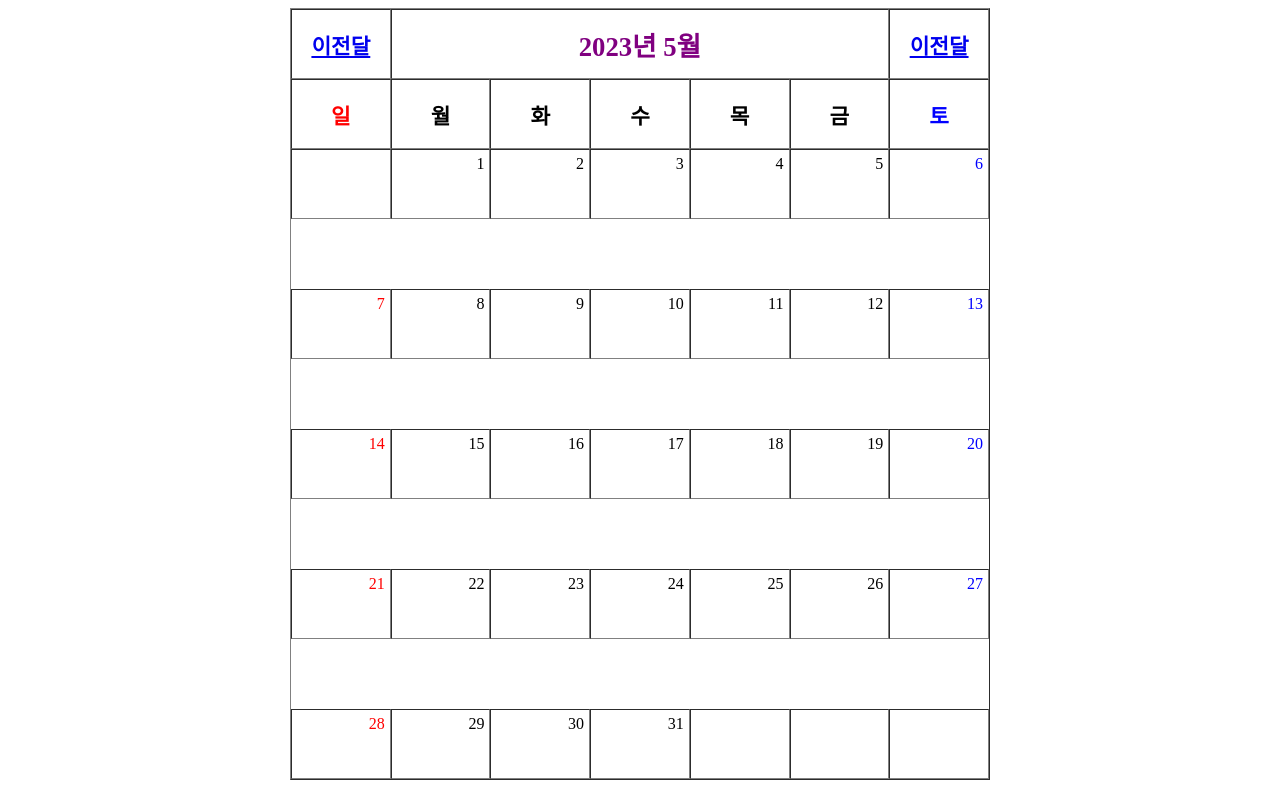
Repository: sangah-park98/jsp-class
Page: http://localhost/k20230502_1_calendar/calendar.2.jsp?year=2023&month=4
The author's editor kept a copy of each file at every save. The page is drawn from the files as they stood at one save, then again after the next save.
The browser window is 1280 px wide. The pictures show the whole page.
The page is served by Tomcat 9.

Above is the page before, as saved 2023-05-01 11:01:11.

After the next save:
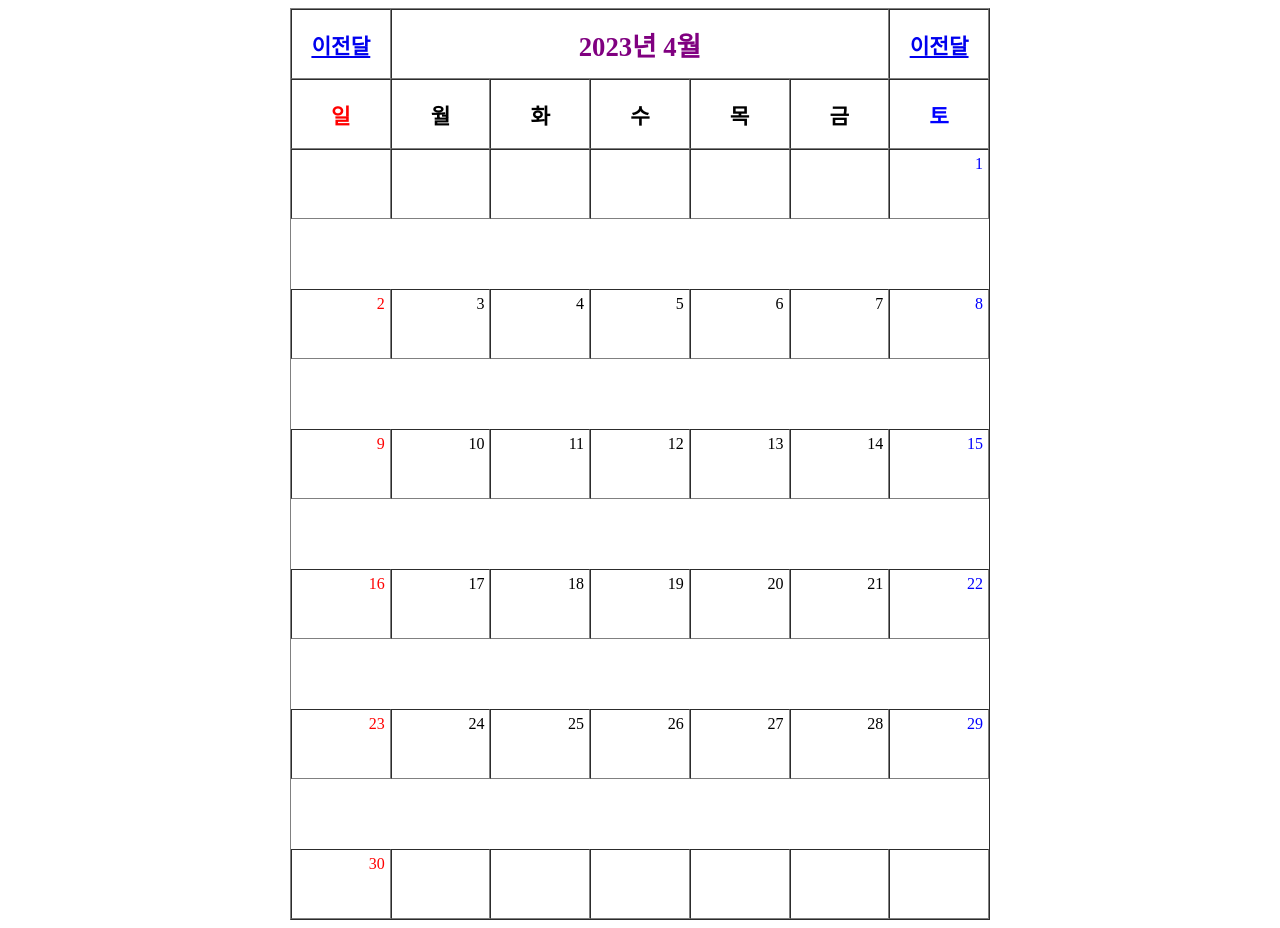
Saved 80 s later.
--- a/k20230502_1_calendar/src/main/webapp/calendar.2.jsp
+++ b/k20230502_1_calendar/src/main/webapp/calendar.2.jsp
@@ -48,6 +48,9 @@
 	Date date = new Date();
 	int year = date.getYear() + 1900;
 	int month = date.getMonth() +1;
+
+	year =Integer.parseInt(request.getParameter("year"));
+	month =Integer.parseInt(request.getParameter("month"));
 
 %>
 
